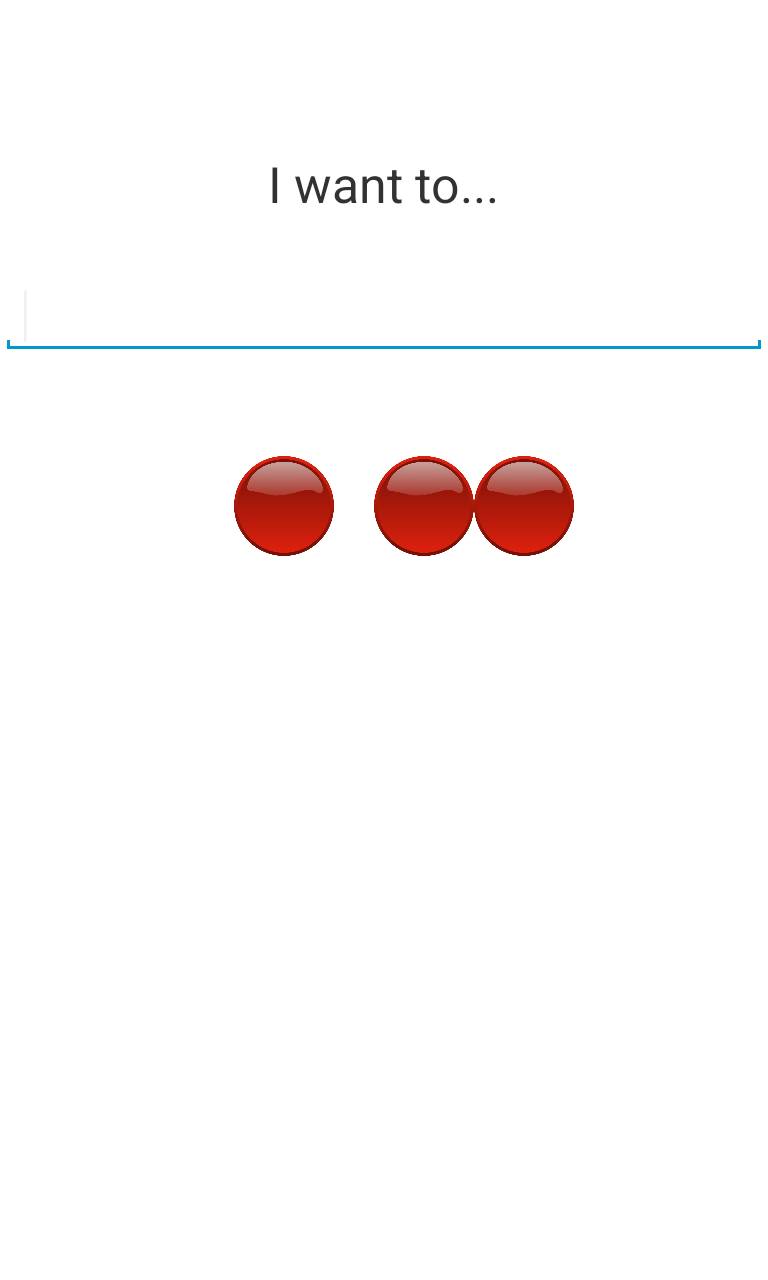
Repository: sbobra/women-startupweekend-sf
Layout: LaundryList/res/layout/activity_goal1.xml
An editor plug-in stored every save of this project. The layout is shown before and after the next save, followed by the edit.
It is drawn on a 768 x 1280 px phone screen (xhdpi) without system bars, with theme AppTheme; the app's code is not run.

Above is the layout before, as saved 2013-09-15 04:16:42.

After the next save:
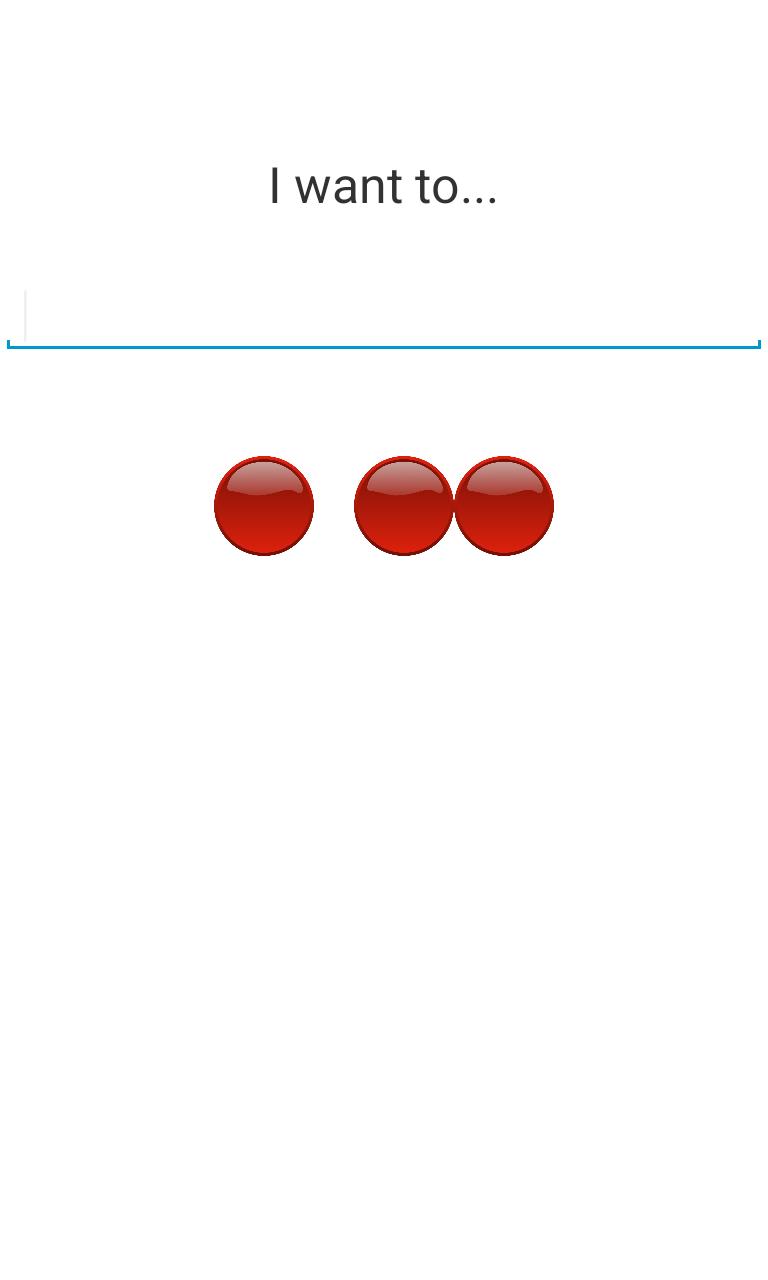
Saved 41 s later.
--- a/LaundryList/res/layout/activity_goal1.xml
+++ b/LaundryList/res/layout/activity_goal1.xml
@@ -36,7 +36,6 @@
             android:id="@+id/doButton"
             android:layout_width="50dp"
             android:layout_height="50dp"
-            android:layout_marginLeft="20dp"
             android:src="@drawable/redbutton" />
 
         <ImageView

After the save that followed:
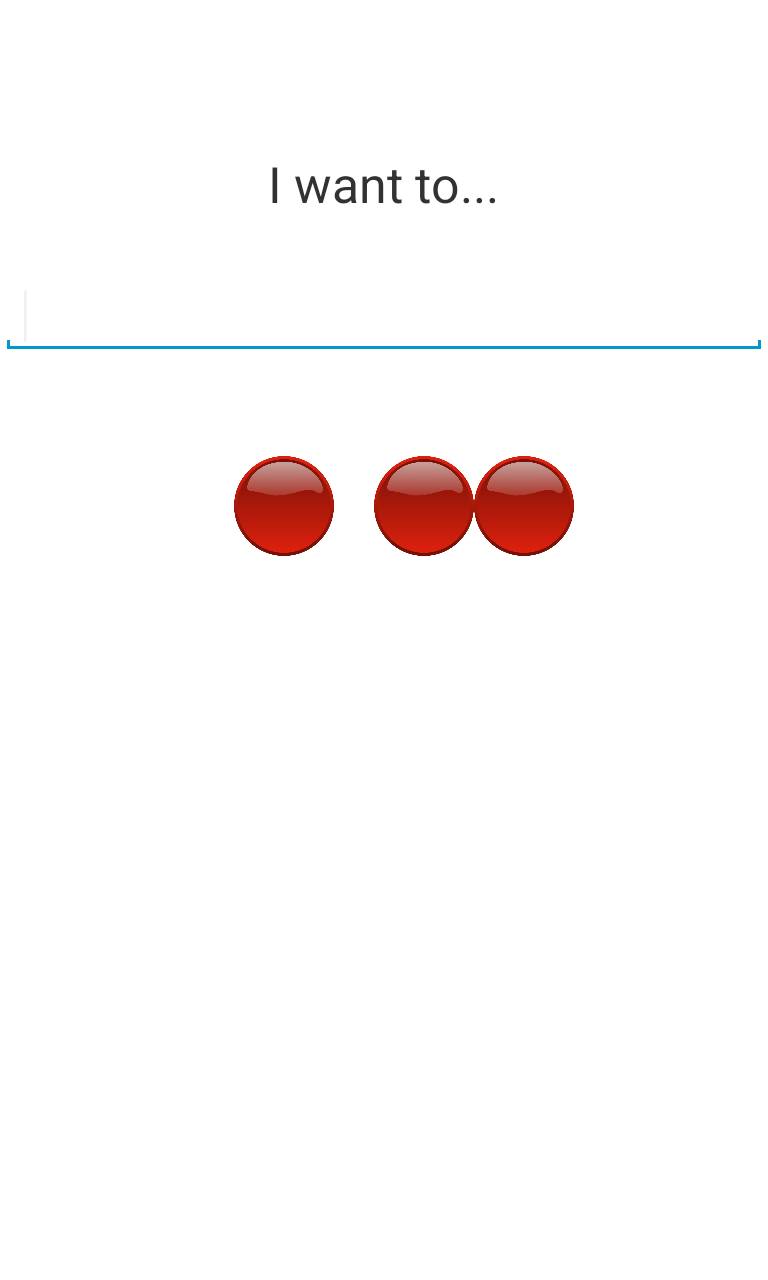
Saved 8 s later.
--- a/LaundryList/res/layout/activity_goal1.xml
+++ b/LaundryList/res/layout/activity_goal1.xml
@@ -36,6 +36,7 @@
             android:id="@+id/doButton"
             android:layout_width="50dp"
             android:layout_height="50dp"
+            android:layout_marginLeft="20dp"
             android:src="@drawable/redbutton" />
 
         <ImageView
